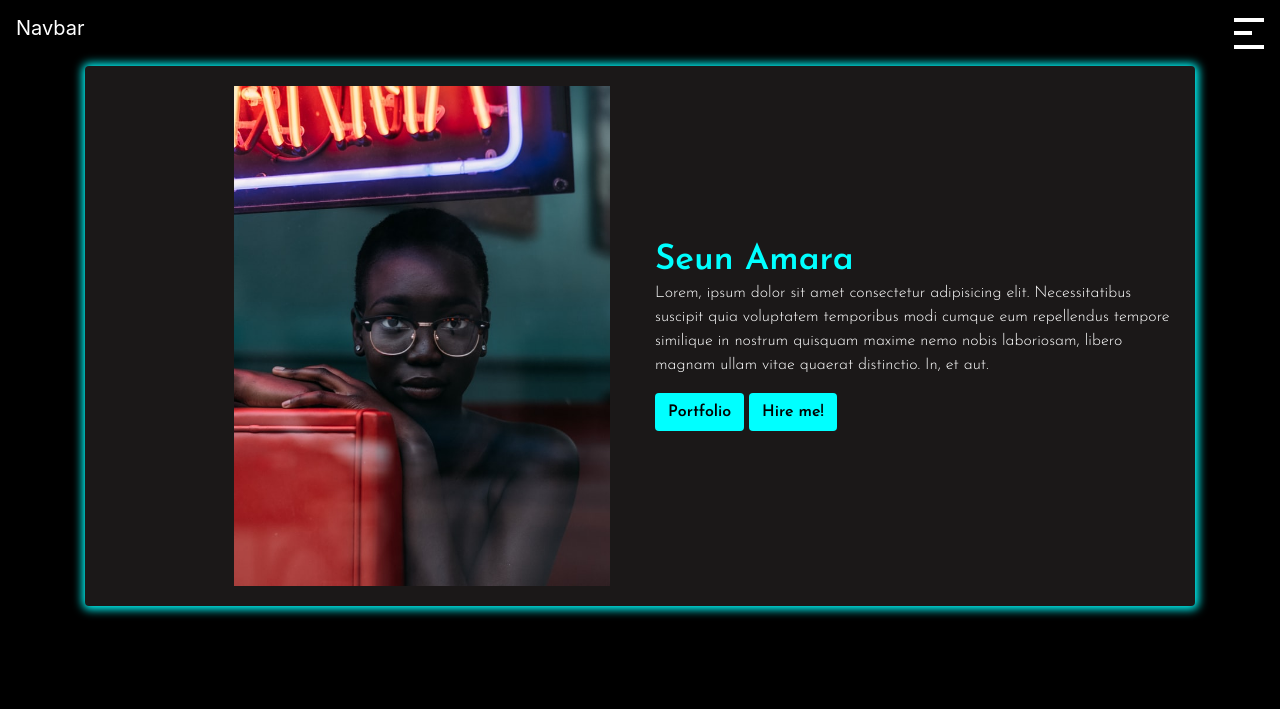
Repository: latenightsnacc/portfolio-site
Page: index.html
The author's editor kept a copy of each file at every save. The page is drawn from the files as they stood at one save, then again after the next save.
The browser window is 1280 px wide. The pictures show the whole page.
The style sheet was rebuilt from its Sass, Less or Tailwind sources for each picture, by a compiler version that may differ from the author's.

Above is the page before, as saved 2020-08-03 14:40:40.

### index.html
<!DOCTYPE html>
<html lang="en">
<head>
    <meta charset="UTF-8">
    <meta name="viewport" content="width=device-width, initial-scale=1.0">
    <link rel="stylesheet" href="https://stackpath.bootstrapcdn.com/bootstrap/4.5.0/css/bootstrap.min.css" integrity="sha384-9aIt2nRpC12Uk9gS9baDl411NQApFmC26EwAOH8WgZl5MYYxFfc+NcPb1dKGj7Sk" crossorigin="anonymous">
    <link rel="stylesheet" href="styles/stylesheet.css">

    <title>Portfolio Site</title>
</head>
<body>
    <main>
        <!--Navigation-->
        <nav class="navbar navbar-light bg-dark">
            <div class="nav-top" id="top">
                <a class="navbar-brand" href="#">Navbar</a>
                <div class="menu-icon">
                    <span class="icon-long"></span>
                    <span class="icon-short"></span>
                    <span class="icon-long"></span>
                </div>
            </div>
        </nav>

        <div class="container">
            <div class="card">
                <div class="card-body">
                    <!--Horizontal Card-->
                    <div class="row">
                        <div class="col-s12 col-md-6 col-lg-6">
                            <div class="container img-box">
                                <img src="assets/HER.jpg" alt="Seun" />
                            </div>
                        </div>
                        <div class="col-s12 col-md-6 col-lg-6">
                            <div class="text-box">
                                <div class="name">Seun Amara</div>
                                <p>Lorem, ipsum dolor sit amet consectetur adipisicing elit.
                                    Necessitatibus suscipit quia voluptatem temporibus modi cumque eum repellendus
                                    tempore similique in nostrum quisquam maxime nemo nobis laboriosam, libero magnam
                                    ullam vitae quaerat distinctio. In, et aut.
                                </p>
                                <div class="btn-box">
                                    <button class="btn">Portfolio</button>
                                    <button class="btn">Hire me!</button>
                                </div>

                            </div>
                        </div>
                    </div>
                </div>
            </div>
        </div>

    </main>

    <script src="https://code.jquery.com/jquery-3.5.1.slim.min.js" integrity="sha384-DfXdz2htPH0lsSSs5nCTpuj/zy4C+OGpamoFVy38MVBnE+IbbVYUew+OrCXaRkfj" crossorigin="anonymous"></script>
    <script src="https://cdn.jsdelivr.net/npm/popper.js@1.16.0/dist/umd/popper.min.js" integrity="sha384-Q6E9RHvbIyZFJoft+2mJbHaEWldlvI9IOYy5n3zV9zzTtmI3UksdQRVvoxMfooAo" crossorigin="anonymous"></script>
    <script src="https://stackpath.bootstrapcdn.com/bootstrap/4.5.0/js/bootstrap.min.js" integrity="sha384-OgVRvuATP1z7JjHLkuOU7Xw704+h835Lr+6QL9UvYjZE3Ipu6Tp75j7Bh/kR0JKI" crossorigin="anonymous"></script>
</body>
</html>

### styles/stylesheet.scss
@import 'variables';

*{
    margin:0;
    padding: 0;
    text-decoration: none;
    list-style: none;

    a{
        text-decoration: none;

        &:hover {
            text-decoration: none;
        }
    }
}
body,html, .bg-dark {
    background-color: $dark!important;
}
.btn {
    background-color: #0ff;
    font-weight: $bold;
    color: $dark;
}
.img-box {
    width: 100%;
    height: 100%;
    display: flex;
    justify-content: flex-end;
    img {
        height: 500px;
    }
}
.text-box {
    height: 100%;
    width: 100%;
    display: flex;
    flex-direction: column;
    justify-content: center;

}
.card {
    border: 0px !important;
    background-color: $bg-dark;
    color: $light;
    font-family: $font;
    box-shadow: $bS;

    .name {
        font-weight: $bold;
        color: #0ff;
        line-height: 40px;
        font-size: 35px;
    }
    p {
        color: $light;
        font-weight: $fontLight;
    }
}
.nav-top {
    display: flex;
    width: 100%;
    justify-content: space-between;
}
.navbar-brand {
    color: $light !important;
}
.menu-icon {
    display: flex;
    flex-direction: column;
    height: 50px;
    justify-content: space-evenly;
    .icon-long, .icon-short {
        border: 2px solid $light;
    }
    .icon-long {
        width: 30px;
    }
    .icon-short {
        width: 18px;
    }
}

### styles/_variables.scss
@import url('https://fonts.googleapis.com/css2?family=Josefin+Sans:wght@300;600&display=swap');
$font:'Josefin Sans', sans-serif;
$bold: 600;
$fontLight: 300;
$dark: black;
$light: white;
$bg-dark: rgb(27, 24, 24);
$bS:  .5px .5px 10px 3px #0ff;

After the next save:
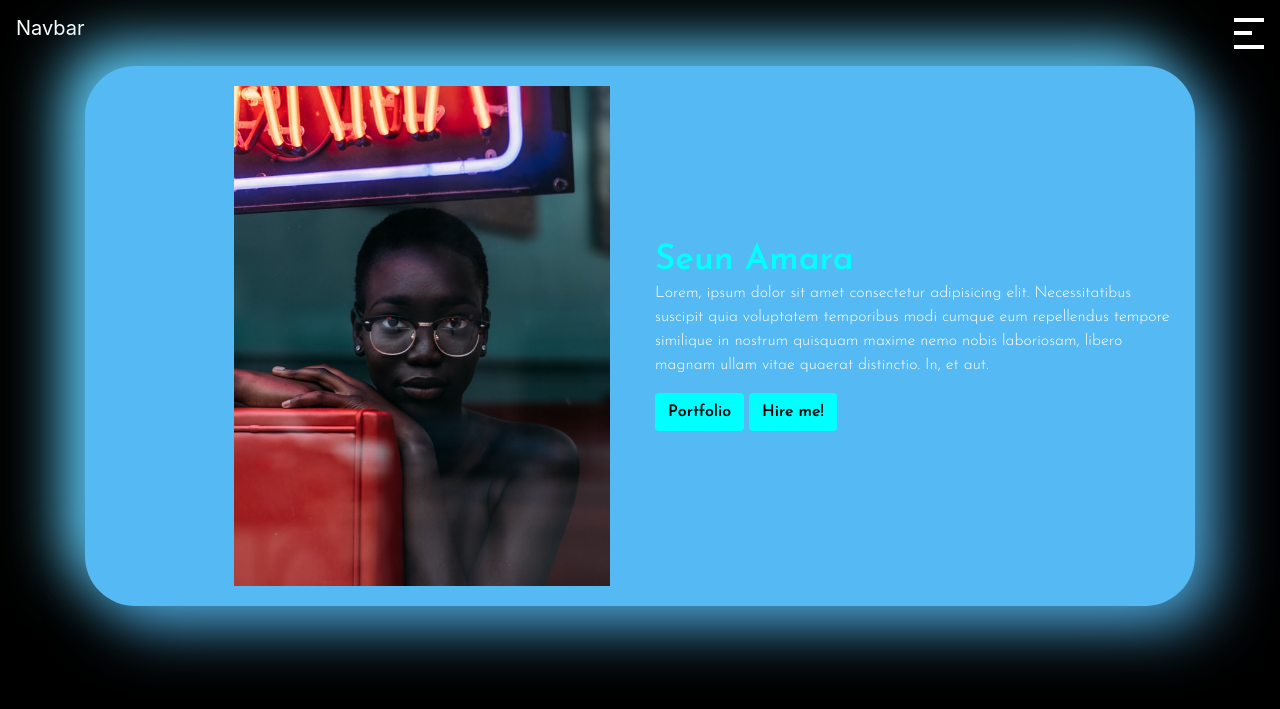
Saved 91 s later.
--- a/styles/stylesheet.scss
+++ b/styles/stylesheet.scss
@@ -44,7 +44,11 @@ body,html, .bg-dark {
     background-color: $bg-dark;
     color: $light;
     font-family: $font;
-    box-shadow: $bS;
+    // box-shadow: $bS;
+    border-radius: 50px;
+background: #55b9f3;
+box-shadow:  20px 20px 60px #489dcf,
+             -20px -20px 60px #62d5ff;
 
     .name {
         font-weight: $bold;
